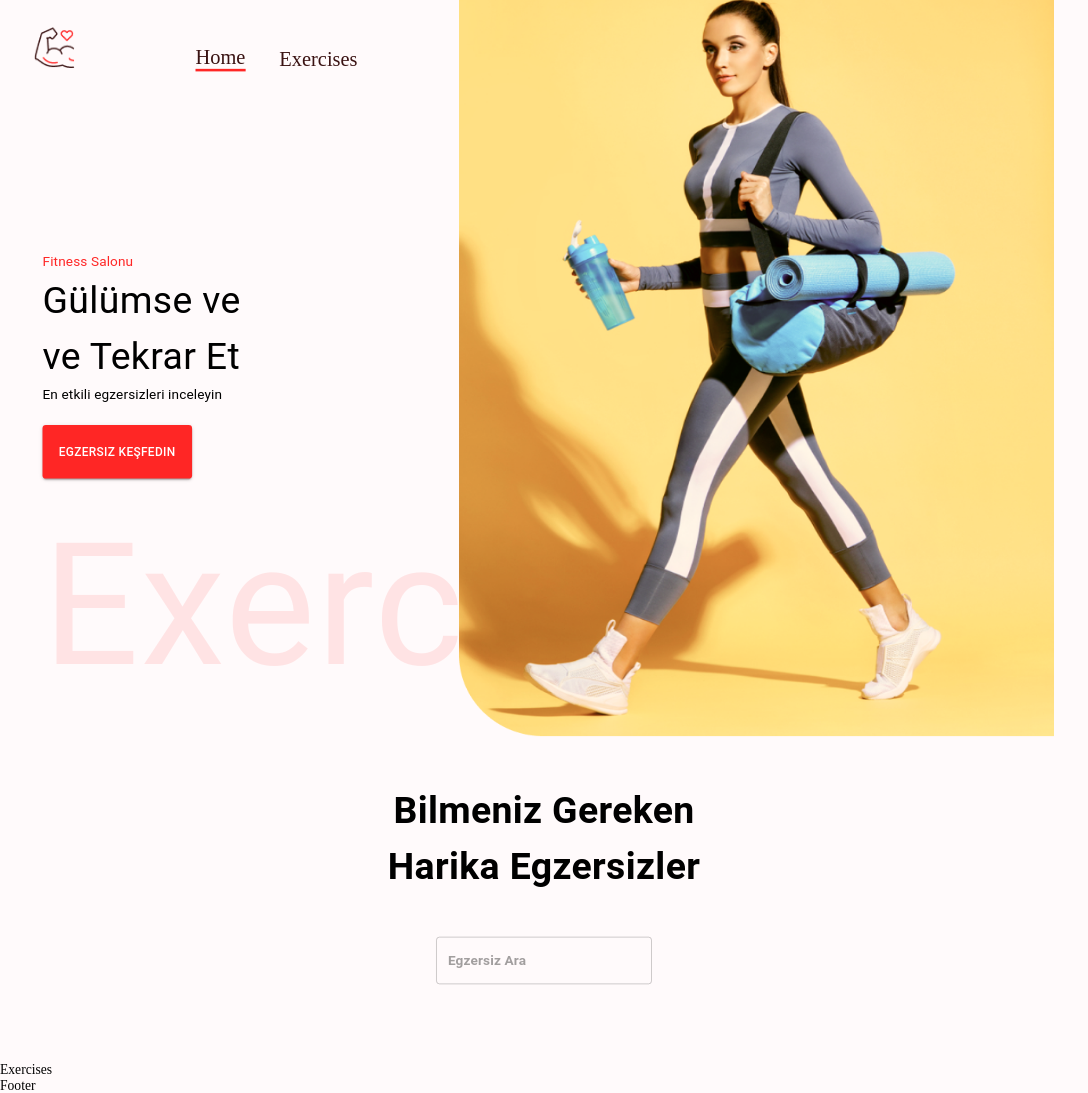
Repository: Kubraaygun/Gym_App
Page: /
The author's editor kept a copy of each file at every save. The page is drawn from the files as they stood at one save, then again after the next save.
The browser window is 1280 px wide. The pictures show the whole page, at 85% of full size.
The project was rebuilt for these pictures with package versions that can differ from the ones it lists, and the page was loaded fresh each time. Also part of the build but not shown: src/pages/ExerciseDetail.js.

Above is the page before, as saved 2025-01-25 17:40:44.

### src/App.js
import React from "react";
import "./App.css";
import { Route, Routes } from "react-router-dom";
import { Box } from "@mui/material";
import ExerciseDetail from "./pages/ExerciseDetail";
import Home from "./pages/Home";
import Navbar from "./components/Navbar";
import Footer from "./components/Footer";

const App = () => {
  return (
    <Box width="400px" sx={{ width: { xl: "1488" } }} m="auto">
      <Navbar />
      <Routes>
        <Route path="/" element={<Home />} />
        <Route path="/exercise/:id" element={<ExerciseDetail />} />
      </Routes>
      <Footer />
    </Box>
  );
};

export default App;

### src/pages/Home.js
import React, { useState } from "react";
import { Box } from "@mui/material";
import HeroBanner from "../components/HeroBanner";
import SearchExercises from "../components/SearchExercises";
import Exercises from "../components/Exercises";
const Home = () => {
  return (
    <Box>
      <HeroBanner />
      <SearchExercises />
      <Exercises />
    </Box>
  );
};

export default Home;

### src/components/Navbar.js
import React from "react";
import { Link } from "react-router-dom";
import { Stack } from "@mui/material";
import Logo from "../assets/images/Logo.png";
const Navbar = () => {
  return (
    <Stack
      direction="row"
      justifyContent="space-around"
      sx={{
        gap: { sm: "122px", sx: "40px" },
        mt: { sm: "32px", xs: "20px" },
        justifyContent: "none",
      }}
      px="20px"
    >
      <Link>
        <img
          src={Logo}
          alt="logo"
          style={{ width: "48px", height: "48px", margin: "0 20px" }}
        />
      </Link>
      <Stack direction="row" gap="40px" fontSize="24px" alignItems="flex-end">
        <Link
          to="/"
          style={{
            textDecoration: "none",
            color: "#3A1212",
            borderBottom: "3px solid #FF2625",
          }}
        >
          Home
        </Link>
        <a
          href="#exercises"
          style={{
            textDecoration: "none",
            color: "#3A1212",
          }}
        >
          Exercises
        </a>
      </Stack>
    </Stack>
  );
};

export default Navbar;

### src/components/HeroBanner.js
import React from "react";
import { Box, Stack, Typography, Button } from "@mui/material";
import HeroBannerImage from "../assets/images/banner.png";
import styles from "../theme/styles.css";

const HeroBanner = () => {
  return (
    <Box
      className="banner"
      sx={{ mt: { lg: "212px", sx: "700px" }, ml: { sm: "50px" } }}
    >
      <Typography className="banner-title">Fitness Salonu</Typography>
      <Typography
        className="banner-heading"
        sx={{ fontSize: { lg: "44px", sx: "40px" } }}
      >
        Gülümse ve <br /> ve Tekrar Et
      </Typography>
      <Typography className="banner-subtitle" mb={3}>
        En etkili egzersizleri inceleyin
      </Typography>
      <Button
        className="banner-button"
        variant="contained"
        href="#exercises"
        sx={{ backgroundColor: "#ff2625", padding: "19px" }}
      >
        Egzersiz keşfedin
      </Button>
      <Typography
        className="banner-background-text"
        sx={{ opacity: 0.1, display: { lg: "block", xs: "none" } }}
        fontSize="200px"
      >
        Exercise
      </Typography>
      <img src={HeroBannerImage} alt="banner" className="hero-banner-img" />
    </Box>
  );
};

export default HeroBanner;

### src/components/SearchExercises.js
import React, { useState, useEffect } from "react";
import { Box, Button, Stack, TextField, Typography } from "@mui/material";
const SearchExercises = () => {
  return (
    <Stack alignItems="center" mt="37px" justifyContent="center" p="20px">
      <Typography
        fontWeight={700}
        sx={{ fontSize: { lg: "44px", sx: "30px" } }}
        mb="50px"
        textAlign="center"
      >
        Bilmeniz Gereken <br /> Harika Egzersizler
      </Typography>
      <Box position="relative" mb="72px">
        <TextField
          sx={{
            input: { fontWeight: "700", border: "none", borderRadius: "4px" },
          }}
          height="76px"
          value=""
          onChange={(e) => {}}
          placeholder="Egzersiz Ara"
          type="text"
        />
      </Box>
    </Stack>
  );
};

export default SearchExercises;

### src/theme/styles.css
/* HeroBanner */

.banner {
  position: relative;
  padding: 20x;
}
.banner-title {
  color: #ff2625;
  font-weight: 600;
  font-size: 26px;
}
.banner-heading {
  font-weight: 700;
  margin-bottom: 23px;
  margin-top: 30px;
}
.banner-subtitle {
  font-size: 22px;
  line-height: 35px;
}
.banner-button {
  color: "error";
}
.banner-background-text {
  font-weight: 600;
  color: #ff2625;
}

Loaded but not shown: public/index.html (common file); src/index.js (common file); src/App.css (common file); src/components/Footer.js (common file); src/components/Exercises.js (common file)

After the next save:
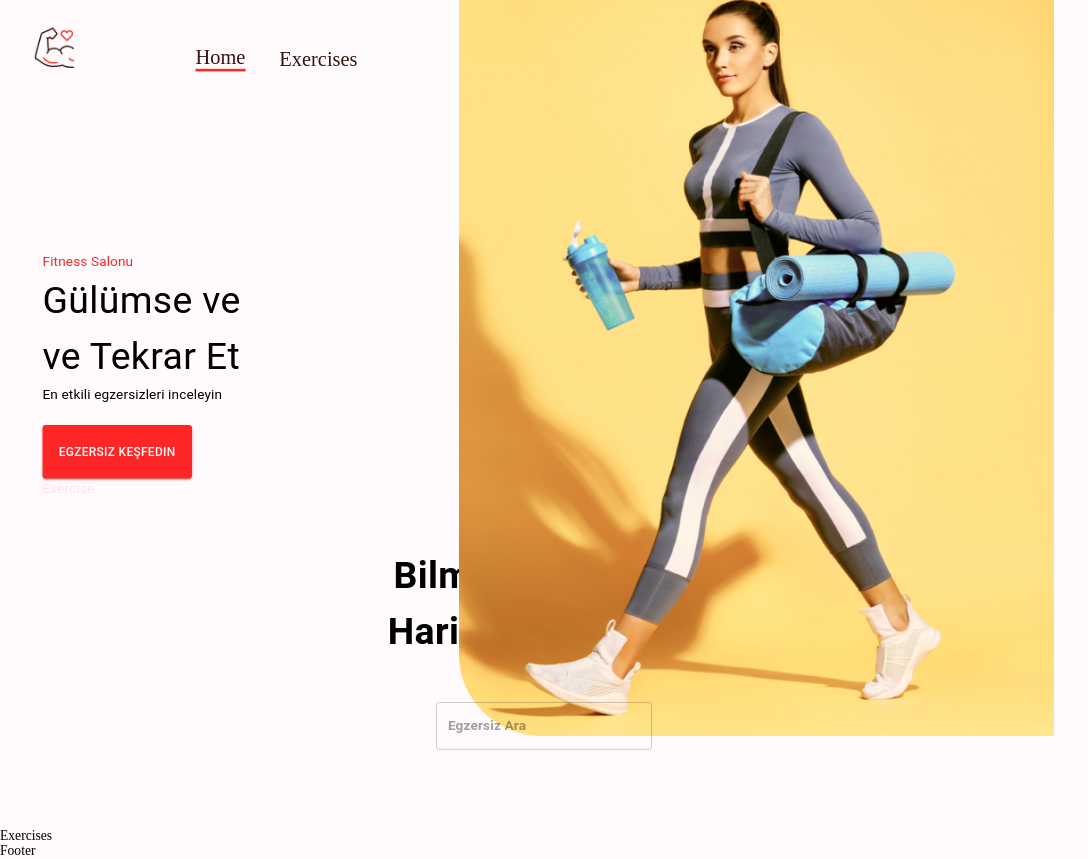
Saved 7 s later.
--- a/src/components/HeroBanner.js
+++ b/src/components/HeroBanner.js
@@ -30,7 +30,6 @@ const HeroBanner = () => {
       <Typography
         className="banner-background-text"
         sx={{ opacity: 0.1, display: { lg: "block", xs: "none" } }}
-        fontSize="200px"
       >
         Exercise
       </Typography>
